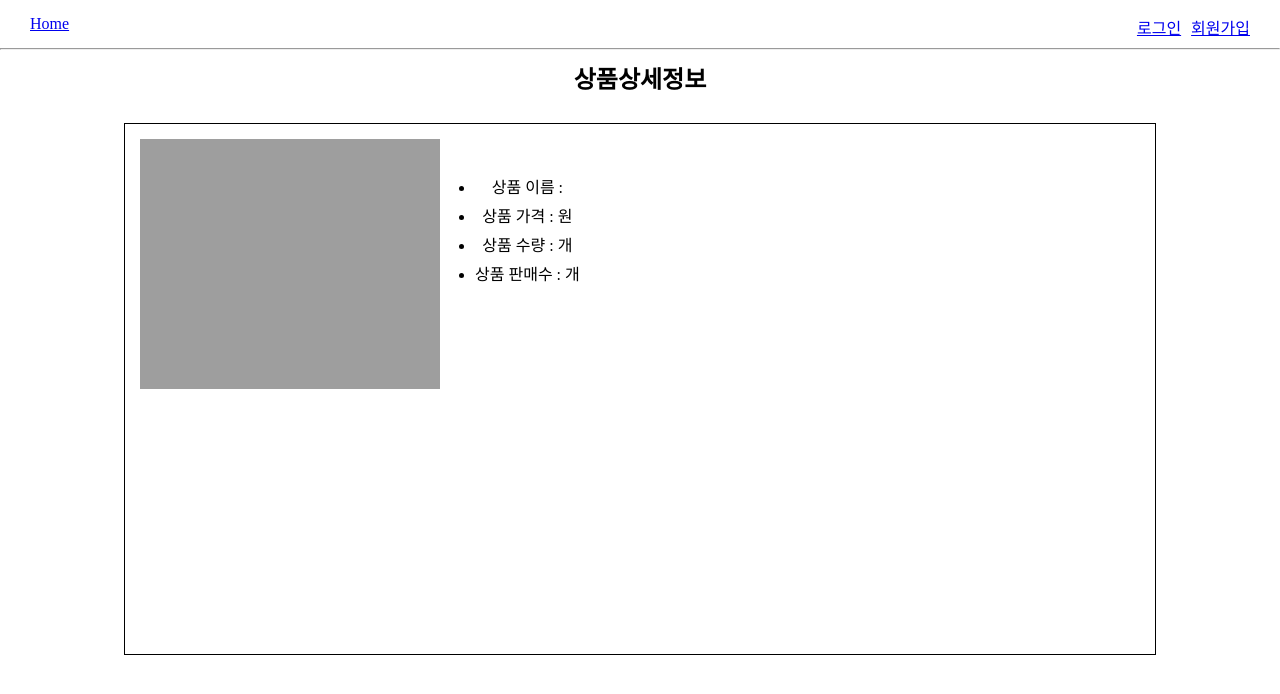
Repository: quswldms137/Shopping
Page: http://localhost/shop/WEB-INF/views/productDetail.jsp
An editor plug-in stored every save of this project. The page is shown before and after the next save, followed by the edit.
The browser window is 1280 px wide. The pictures show the whole page.
Pictures or frames that could not be fetched are drawn as grey boxes. The page is served by Tomcat 10. Nobody is signed in. Other server files are loaded and not shown. The template is opened directly, without the code that normally fills it, so the values that code supplies are empty.

Above is the page before, as saved 2024-05-29 06:49:51.

### shop/shop/src/main/webapp/WEB-INF/views/productDetail.jsp
<%@ page language="java" contentType="text/html; charset=UTF-8"
    pageEncoding="UTF-8"%>
<!DOCTYPE html>
<html>
<head>
<meta charset="UTF-8">
<title>Insert title here</title>
<style>
.container, h2 {
display: flex;
justify-content: center;
align-items: center;
flex-direction: column;
}
h2{padding:10px;}
.img {
    display: flex;
    flex-direction: row; /* 수직 정렬 */
    align-items: flex-start; /* 가로축 가운데 정렬 */
    justify-content: flex-start; /* 세로축 가운데 정렬 */
    border: 1px solid black; /* 테두리 스타일 및 두께 설정 */
    padding: 15px; /* 테두리와 내용 사이의 간격 설정 */
    width: 1000px;
    height: 500px;
    text-align: center; /* 텍스트 가운데 정렬 */
}
.text{
	padding:30px;
}
.text li{
	margin:5px;
}


</style>
</head>
<body>
<header>
	<%@ include file="header.jsp" %>
</header>
<session>
<hr>
<h2>상품상세정보</h2>
<br>
<div class="container">
	<div class="img">
		<img id="img-img" src="/images/${product.url }" alt="${product.pname }" width="300px" height="250px">
		<div class="text">
			<ul>
				<li>상품 이름 : ${product.pname }</li>
				<li>상품 가격 : ${product.price } 원</li>
				<li>상품 수량 : ${product.stock } 개</li>
				<li>상품 판매수 : ${product.sales } 개</li>
			</ul>
		</div>
	</div>
</div>
</session>
</body>
</html>

### shop/shop/src/main/webapp/WEB-INF/views/header.jsp
<%@ page language="java" contentType="text/html; charset=UTF-8"
    pageEncoding="UTF-8"%>
<!DOCTYPE html>
<html>
<head>
<meta charset="UTF-8">
<title>Insert title here</title>
<style>
*{
	margin:0;
	padding:0;
}
header {
	margin:15px;
}
.header-right {
  float: right;
  margin-left:10px;
}
</style>
</head>
<body>
	<header>
			<a class="home_btn" href="/">Home</a>

			<a id="regBtn" class="header-right" href="registForm">회원가입</a>
			<a id="loginBtn" class="header-right" href="loginForm">로그인</a>

			<a id="logoutBtn" class="header-right" href="logout">로그아웃</a>
			<a href="mypage"><span id="name" class="header-right"></span></a>
	</header>

	<script>

	const loginBtn = document.querySelector("#loginBtn");
	const regBtn = document.querySelector("#regBtn");
	const logoutBtn = document.querySelector("#logoutBtn");
	const userName = document.querySelector("#name");

		if(${sessionScope.username eq null}){
			logoutBtn.style.display="none";
		}else{
			loginBtn.style.display="none";
			regBtn.style.display="none";
			logoutBtn.style.display="block";
			userName.innerHTML="${sessionScope.username} 님😀";
		}
	</script>
</body>
</html>

After the next save:
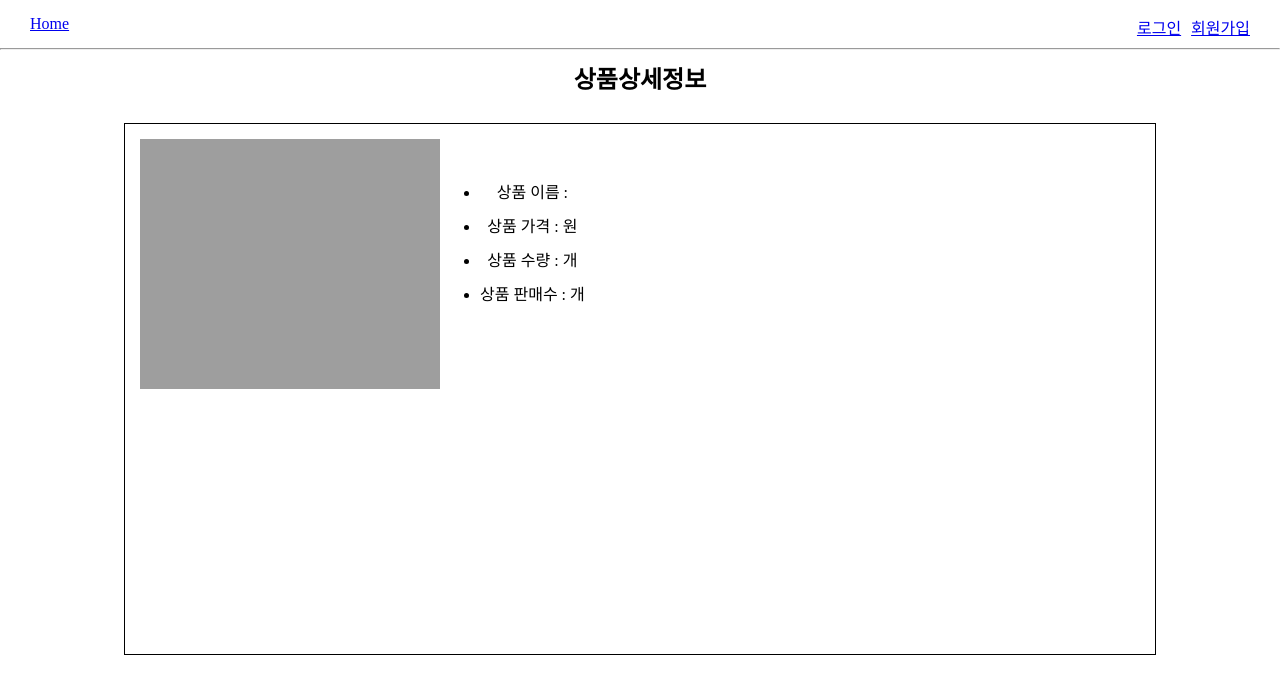
Saved 14 s later.
--- a/shop/shop/src/main/webapp/WEB-INF/views/productDetail.jsp
+++ b/shop/shop/src/main/webapp/WEB-INF/views/productDetail.jsp
@@ -28,7 +28,7 @@ h2{padding:10px;}
 	padding:30px;
 }
 .text li{
-	margin:5px;
+	margin:10px;
 }
 
 
